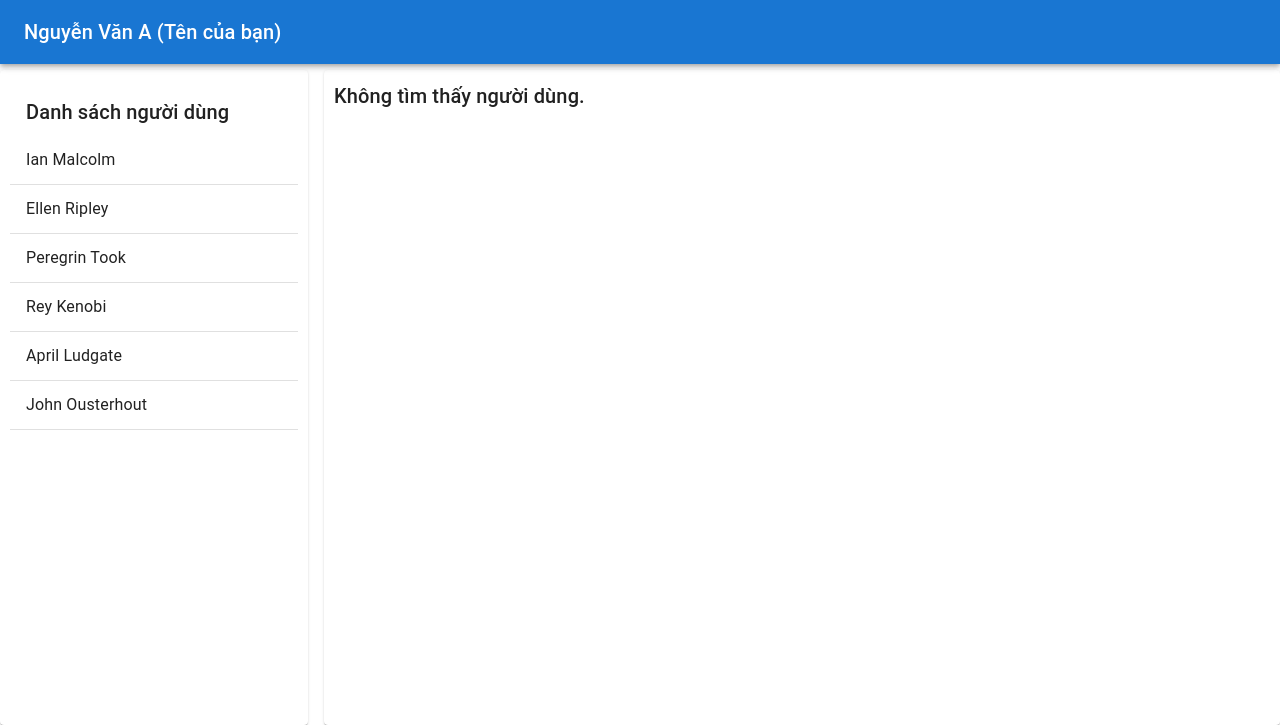
Repository: RubyScarIet/TruocKetThucLab2
Page: /users/57231f1a30e4351f4e9f4bd7
An editor plug-in stored every save of this project. The page is shown before and after the next save, followed by the edit.
The browser window is 1280 px wide. The pictures show the whole page.
The page's requests for data from a server got no answer. The project was rebuilt for these pictures with package versions that can differ from the ones it lists, and the page was loaded fresh each time. No one was signed in, and anything a server would have sent is missing. Also part of the build but not shown: src/modelData/models.js, src/components/UserPhotos/index.jsx.

Above is the page before, as saved 2026-04-05 09:15:26.

### src/App.js
import './App.css';

import React from "react";
import { Grid, Paper } from "@mui/material";
import { BrowserRouter as Router, Route, Routes } from "react-router-dom";

import TopBar from "./components/TopBar";
import UserDetail from "./components/UserDetail";
import UserList from "./components/UserList";
import UserPhotos from "./components/UserPhotos";

const App = (props) => {
  return (
      <Router>
        <div>
          <Grid container spacing={2}>
            <Grid item xs={12}>
              <TopBar />
            </Grid>
            <div className="main-topbar-buffer" />
            <Grid item sm={3}>
              <Paper className="main-grid-item">
                <UserList />
              </Paper>
            </Grid>
            <Grid item sm={9}>
              <Paper className="main-grid-item">
                <Routes>
                  <Route
                      path="/users/:userId"
                      element = {<UserDetail />}
                  />
                  <Route
                      path="/photos/:userId"
                      element = {<UserPhotos />}
                  />
                  <Route path="/users" element={<UserList />} />
                </Routes>
              </Paper>
            </Grid>
          </Grid>
        </div>
      </Router>
  );
}

export default App;

### src/App.css
.main-topbar-buffer {
  margin-top: 70px;
}

.main-grid-item {
  height: calc(100vh - 85px);
  padding: 10px;
}

### src/components/TopBar/index.jsx
import React, { useState, useEffect } from "react";
import { AppBar, Toolbar, Typography } from "@mui/material";
import { useLocation } from "react-router-dom";
import fetchModel from "../../lib/fetchModelData";

function TopBar() {
  const location = useLocation();
  const [context, setContext] = useState("");

  // Trích xuất userId từ URL (ví dụ: /users/123 -> 123)
  const pathParts = location.pathname.split("/");
  const userId = pathParts[2];
  const isPhotos = pathParts[1] === "photos";

  useEffect(() => {
    if (userId) {
      fetchModel(`/user/${userId}`)
        .then((response) => {
          const name = `${response.data.first_name} ${response.data.last_name}`;
          setContext(isPhotos ? `Photos of ${name}` : name);
        })
        .catch(() => setContext(""));
    } else {
      setContext("");
    }
  }, [userId, isPhotos]);

  return (
    <AppBar position="absolute">
      <Toolbar sx={{ display: 'flex', justifyContent: 'space-between' }}>
        {/* Bên trái: Tên của bạn */}
        <Typography variant="h6" color="inherit">
          Nguyễn Văn A (Tên của bạn)
        </Typography>

        {/* Bên phải: Ngữ cảnh động */}
        <Typography variant="h6" color="inherit">
          {context}
        </Typography>
      </Toolbar>
    </AppBar>
  );
}

export default TopBar;

### src/components/UserDetail/index.jsx
import React, { useState, useEffect } from "react";
import { Typography, Button, Card, CardContent, Box, CircularProgress } from "@mui/material";
import { Link, useParams } from "react-router-dom";
import fetchModel from "../../lib/fetchModelData";
import "./styles.css";

function UserDetail() {
  const { userId } = useParams();
  const [user, setUser] = useState(null);
  const [loading, setLoading] = useState(true);

  useEffect(() => {
    setLoading(true);
    fetchModel(`/user/${userId}`)
      .then((response) => {
        setUser(response.data);
        setLoading(false);
      })
      .catch((err) => {
        console.error("Lỗi fetch user:", err);
        setLoading(false);
      });
  }, [userId]); // Chạy lại khi đổi người dùng ở danh sách bên trái

  if (loading) return <CircularProgress sx={{ m: 2 }} />;
  if (!user) return <Typography variant="h6">Không tìm thấy người dùng.</Typography>;

  return (
    <Box sx={{ p: 2 }}>
      <Card variant="outlined">
        <CardContent>
          <Typography variant="h4" gutterBottom>{`${user.first_name} ${user.last_name}`}</Typography>
          <Typography variant="h6" color="text.secondary">Nghề nghiệp: {user.occupation}</Typography>
          <Typography variant="subtitle1" sx={{ mb: 2 }}> Địa điểm: {user.location}</Typography>
          <Typography variant="body1" sx={{ mb: 3 }}>{user.description}</Typography>

          <Button variant="contained" component={Link} to={`/photos/${userId}`}>
            Xem Album Ảnh
          </Button>
        </CardContent>
      </Card>
    </Box>
  );
}

export default UserDetail;

### src/components/UserList/index.jsx
import React from "react";
import {
  Divider,
  List,
  ListItem,
  ListItemText,
  Typography,
} from "@mui/material";
import { Link } from "react-router-dom"; // Import Link để điều hướng [cite: 20]

import "./styles.css";
import models from "../../modelData/models";

/**
 * Define UserList, a React component of Project 4.
 */
function UserList() {
  // Lấy danh sách người dùng từ model data [cite: 68]
  const users = models.userListModel();

  return (
    <div>
      <Typography variant="h6" style={{ padding: "16px", paddingBottom: "0" }}>
        Danh sách người dùng
      </Typography>
      <List component="nav">
        {users.map((item) => (
          <React.Fragment key={item._id}>
            {/* - component={Link}: Biến ListItem thành thẻ <a> của React Router [cite: 30]
              - to: Đường dẫn đích dựa trên ID của người dùng [cite: 19]
            */}
            <ListItem button component={Link} to={`/users/${item._id}`}>
              <ListItemText
                primary={`${item.first_name} ${item.last_name}`}
              />
            </ListItem>
            <Divider />
          </React.Fragment>
        ))}
      </List>
    </div>
  );
}

export default UserList;

### src/lib/fetchModelData.js
/**
 * fetchModel - Fetch a model from the web server.
 *
 * @param {string} url      The URL to issue the GET request.
 * @returns {Promise}       A promise that resolves with an object containing the data.
 */
function fetchModel(url) {
  return new Promise(function (resolve, reject) {
    // 1. Sử dụng fetch API để gửi yêu cầu GET
    fetch(url)
      .then((response) => {
        // 2. Kiểm tra trạng thái phản hồi (HTTP status)
        if (!response.ok) {
          // Trả về reject nếu lỗi (ví dụ 404, 500)
          reject(new Error(`HTTP error! status: ${response.status}`));
          return;
        }
        // 3. Chuyển đổi dữ liệu sang JSON
        return response.json();
      })
      .then((data) => {
        // 4. Giải quyết Promise với định dạng { data: <dữ liệu> }
        resolve({ data: data });
      })
      .catch((error) => {
        // 5. Xử lý lỗi kết nối mạng
        reject(new Error(error.message));
      });
  });
}

export default fetchModel;

Loaded but not shown: public/index.html (common file); src/index.js (common file); src/index.css (common file); src/reportWebVitals.js (common file); src/components/UserDetail/styles.css (no stored copy; drawn as an empty file); src/components/UserList/styles.css (no stored copy; drawn as an empty file); src/components/UserPhotos/styles.css (no stored copy; drawn as an empty file)

After the next save:
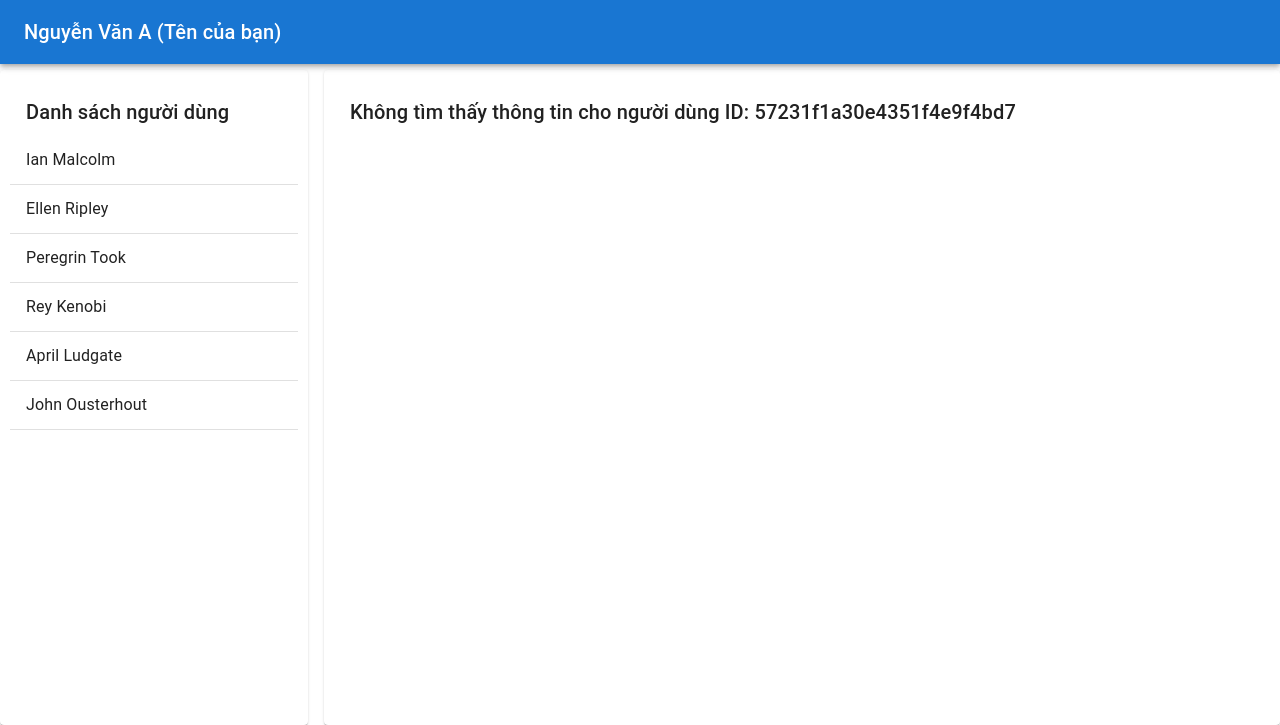
Saved 2 min 53 s later.
--- a/src/components/UserDetail/index.jsx
+++ b/src/components/UserDetail/index.jsx
@@ -10,9 +10,14 @@
   const [loading, setLoading] = useState(true);
 
   useEffect(() => {
+    // 1. Reset lại user về null khi đổi ID để tránh hiện user cũ
+    setUser(null);
     setLoading(true);
+
+    // 2. Đảm bảo đường dẫn gọi đúng API endpoint của server
     fetchModel(`/user/${userId}`)
       .then((response) => {
+        // response.data phải chứa object user {first_name, last_name, ...}
         setUser(response.data);
         setLoading(false);
       })
@@ -20,22 +25,57 @@
         console.error("Lỗi fetch user:", err);
         setLoading(false);
       });
-  }, [userId]); // Chạy lại khi đổi người dùng ở danh sách bên trái
+  }, [userId]);
 
-  if (loading) return <CircularProgress sx={{ m: 2 }} />;
-  if (!user) return <Typography variant="h6">Không tìm thấy người dùng.</Typography>;
+  // 3. Hiển thị trạng thái đang tải (Loading) để UX mượt hơn
+  if (loading) {
+    return (
+      <Box sx={{ display: 'flex', justifyContent: 'center', mt: 5 }}>
+        <CircularProgress />
+      </Box>
+    );
+  }
+
+  // 4. Nếu fetch xong mà không có dữ liệu mới báo "Không tìm thấy"
+  if (!user) {
+    return (
+      <Typography variant="h6" sx={{ p: 2 }}>
+        Không tìm thấy thông tin cho người dùng ID: {userId}
+      </Typography>
+    );
+  }
 
   return (
     <Box sx={{ p: 2 }}>
       <Card variant="outlined">
         <CardContent>
-          <Typography variant="h4" gutterBottom>{`${user.first_name} ${user.last_name}`}</Typography>
-          <Typography variant="h6" color="text.secondary">Nghề nghiệp: {user.occupation}</Typography>
-          <Typography variant="subtitle1" sx={{ mb: 2 }}> Địa điểm: {user.location}</Typography>
-          <Typography variant="body1" sx={{ mb: 3 }}>{user.description}</Typography>
+          {/* Hiển thị Tên đầy đủ theo yêu cầu */}
+          <Typography variant="h4" gutterBottom>
+            {user.first_name} {user.last_name}
+          </Typography>
 
-          <Button variant="contained" component={Link} to={`/photos/${userId}`}>
-            Xem Album Ảnh
+          <Divider sx={{ mb: 2 }} />
+
+          <Typography variant="h6" color="text.secondary">
+            Nghề nghiệp: {user.occupation}
+          </Typography>
+
+          <Typography variant="subtitle1" sx={{ mb: 2 }}>
+            📍 Địa điểm: {user.location}
+          </Typography>
+
+          <Typography variant="body1" sx={{ mb: 3, fontStyle: 'italic', borderLeft: '4px solid #ddd', pl: 2 }}>
+            {user.description}
+          </Typography>
+
+          {/* Nút bấm dẫn đến Route trang ảnh */}
+          <Button
+            variant="contained"
+            color="primary"
+            component={Link}
+            to={`/photos/${userId}`}
+          >
+            Xem Album Ảnh của {user.first_name}
           </Button>
         </CardContent>
       </Card>

After the save that followed:
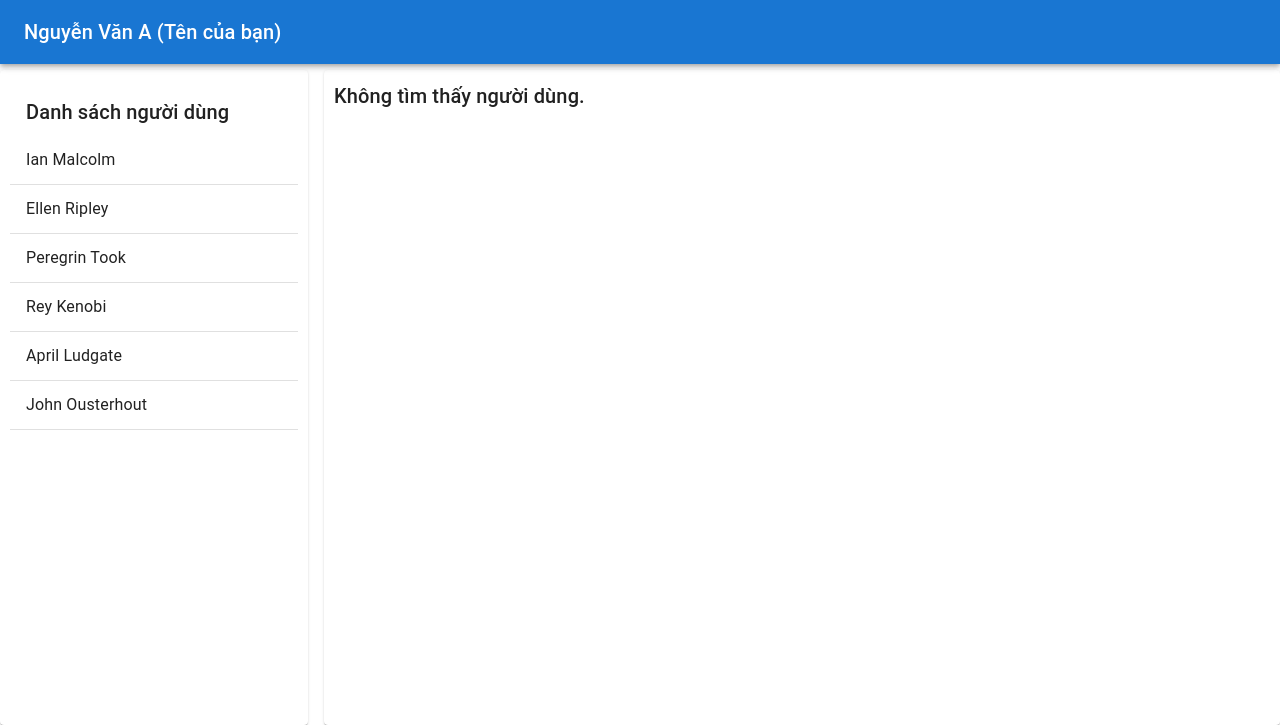
Saved 5 s later.
--- a/src/components/UserDetail/index.jsx
+++ b/src/components/UserDetail/index.jsx
@@ -10,14 +10,9 @@
   const [loading, setLoading] = useState(true);
 
   useEffect(() => {
-    // 1. Reset lại user về null khi đổi ID để tránh hiện user cũ
-    setUser(null);
     setLoading(true);
-
-    // 2. Đảm bảo đường dẫn gọi đúng API endpoint của server
     fetchModel(`/user/${userId}`)
       .then((response) => {
-        // response.data phải chứa object user {first_name, last_name, ...}
         setUser(response.data);
         setLoading(false);
       })
@@ -25,57 +20,22 @@
         console.error("Lỗi fetch user:", err);
         setLoading(false);
       });
-  }, [userId]);
+  }, [userId]); // Chạy lại khi đổi người dùng ở danh sách bên trái
 
-  // 3. Hiển thị trạng thái đang tải (Loading) để UX mượt hơn
-  if (loading) {
-    return (
-      <Box sx={{ display: 'flex', justifyContent: 'center', mt: 5 }}>
-        <CircularProgress />
-      </Box>
-    );
-  }
-
-  // 4. Nếu fetch xong mà không có dữ liệu mới báo "Không tìm thấy"
-  if (!user) {
-    return (
-      <Typography variant="h6" sx={{ p: 2 }}>
-        Không tìm thấy thông tin cho người dùng ID: {userId}
-      </Typography>
-    );
-  }
+  if (loading) return <CircularProgress sx={{ m: 2 }} />;
+  if (!user) return <Typography variant="h6">Không tìm thấy người dùng.</Typography>;
 
   return (
     <Box sx={{ p: 2 }}>
       <Card variant="outlined">
         <CardContent>
-          {/* Hiển thị Tên đầy đủ theo yêu cầu */}
-          <Typography variant="h4" gutterBottom>
-            {user.first_name} {user.last_name}
-          </Typography>
+          <Typography variant="h4" gutterBottom>{`${user.first_name} ${user.last_name}`}</Typography>
+          <Typography variant="h6" color="text.secondary">Nghề nghiệp: {user.occupation}</Typography>
+          <Typography variant="subtitle1" sx={{ mb: 2 }}> Địa điểm: {user.location}</Typography>
+          <Typography variant="body1" sx={{ mb: 3 }}>{user.description}</Typography>
 
-          <Divider sx={{ mb: 2 }} />
-
-          <Typography variant="h6" color="text.secondary">
-            Nghề nghiệp: {user.occupation}
-          </Typography>
-
-          <Typography variant="subtitle1" sx={{ mb: 2 }}>
-            📍 Địa điểm: {user.location}
-          </Typography>
-
-          <Typography variant="body1" sx={{ mb: 3, fontStyle: 'italic', borderLeft: '4px solid #ddd', pl: 2 }}>
-            {user.description}
-          </Typography>
-
-          {/* Nút bấm dẫn đến Route trang ảnh */}
-          <Button
-            variant="contained"
-            color="primary"
-            component={Link}
-            to={`/photos/${userId}`}
-          >
-            Xem Album Ảnh của {user.first_name}
+          <Button variant="contained" component={Link} to={`/photos/${userId}`}>
+            Xem Album Ảnh
           </Button>
         </CardContent>
       </Card>
